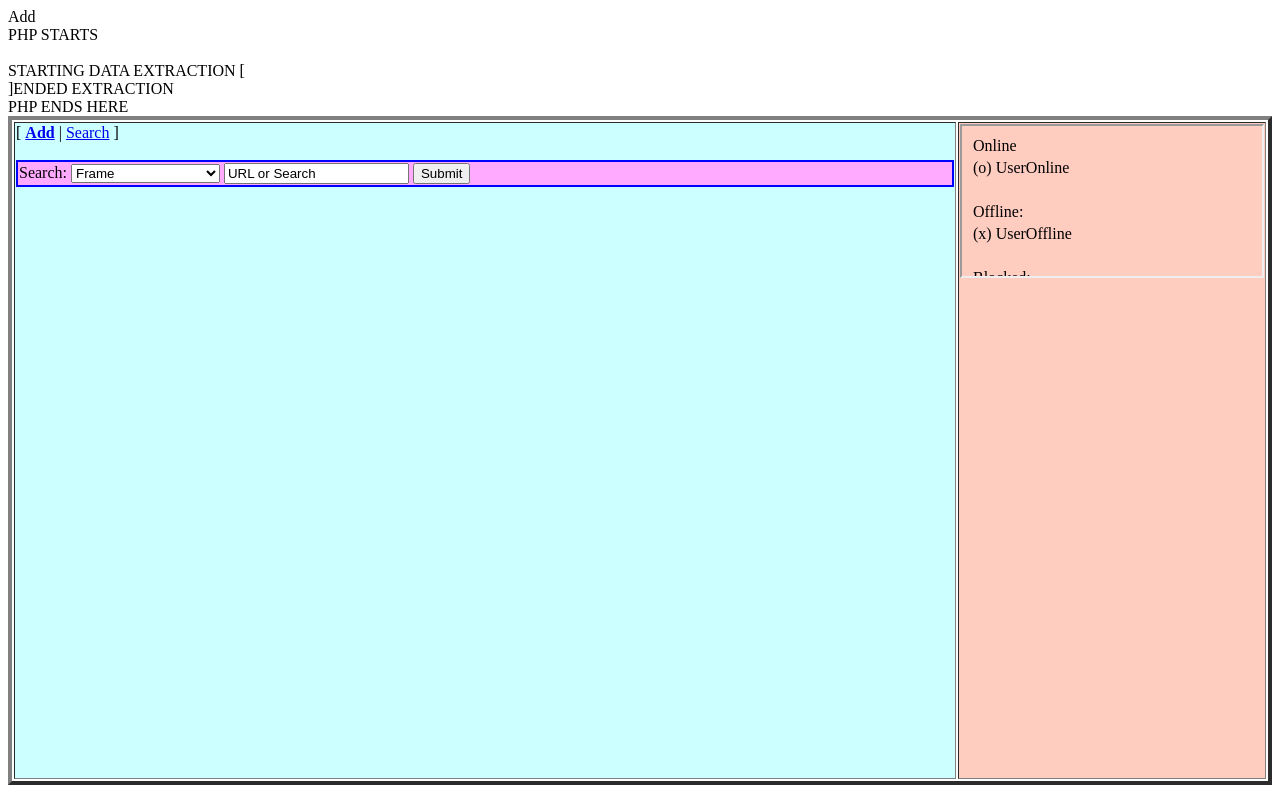
Repository: nevinleiby/SwapRC
Page: http://localhost/add_interface.php
The author's editor kept a copy of each file at every save. The page is drawn from the files as they stood at one save, then again after the next save.
The browser window is 1280 px wide. The pictures show the whole page.
The page is run by PHP 8.4 with error messages shown; the project is at /var/www/html/. Queries for data that is not in the repository find no rows.

Above is the page before, as saved 2019-09-09 01:46:13.

After the next save:
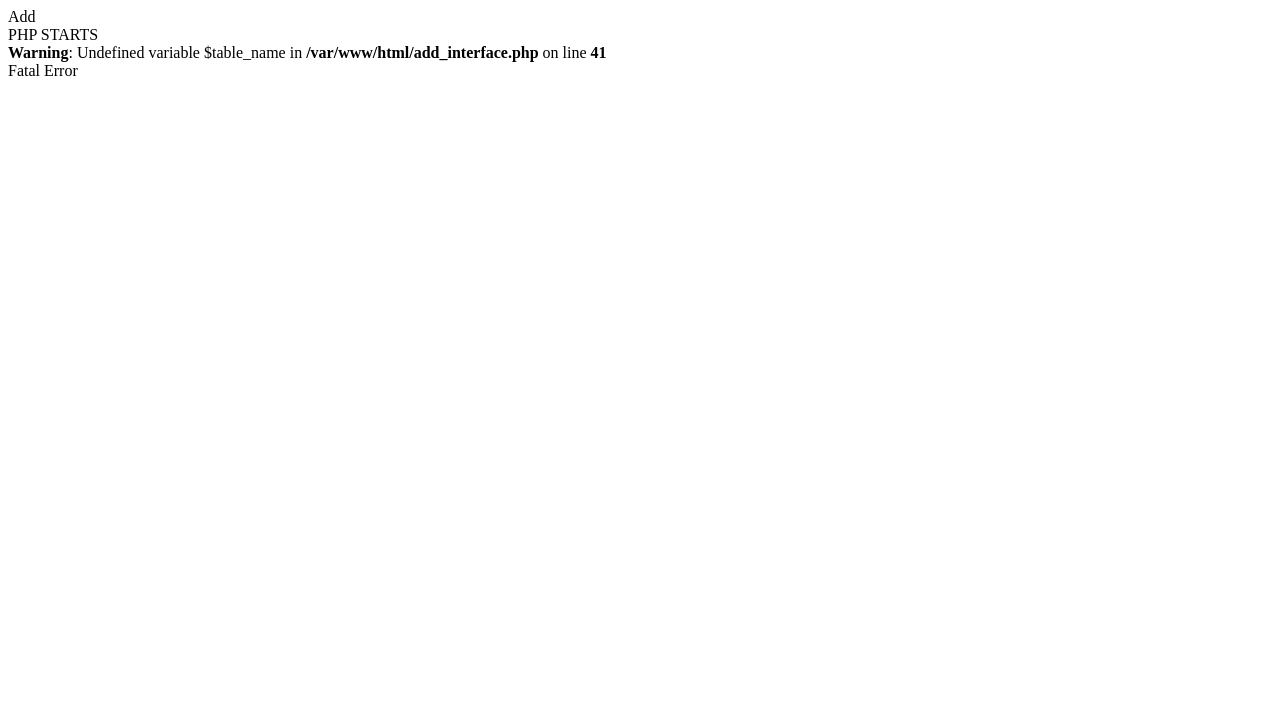
Saved 6 min 9 s later.
--- a/add_interface.php
+++ b/add_interface.php
@@ -11,8 +11,32 @@
                 $connection = new mysqli($hn, $un, $pw, $db);
                 if ($connection->connect_error) die ("Fatal Error");
 
+
                 // Select the table
-                $table_name = 'Receiver';
+                if (isset($_POST['FC']))
+                {
+                    $table_name = 'FC';
+                }
+                elseif (isset($_POST['Goggle']))
+                {
+                    $table_name = 'Goggle';
+                }
+                elseif (isset($_POST['Transmitter']))
+                {
+                    $table_name = 'Transmitter';
+                }
+                elseif (isset($_POST['Generic']))
+                {
+                    $table_name = 'Generic';
+                }
+                elseif (isset($_POST['Receiver']))
+                {
+                    $table_name = 'Receiver';
+                }
+                elseif (isset($_POST['VTX']))
+                {
+                    $table_name = 'VTX';
+                }
 
                 $query = "SELECT * FROM $table_name";
                 $result = $connection->query($query);

After the save that followed:
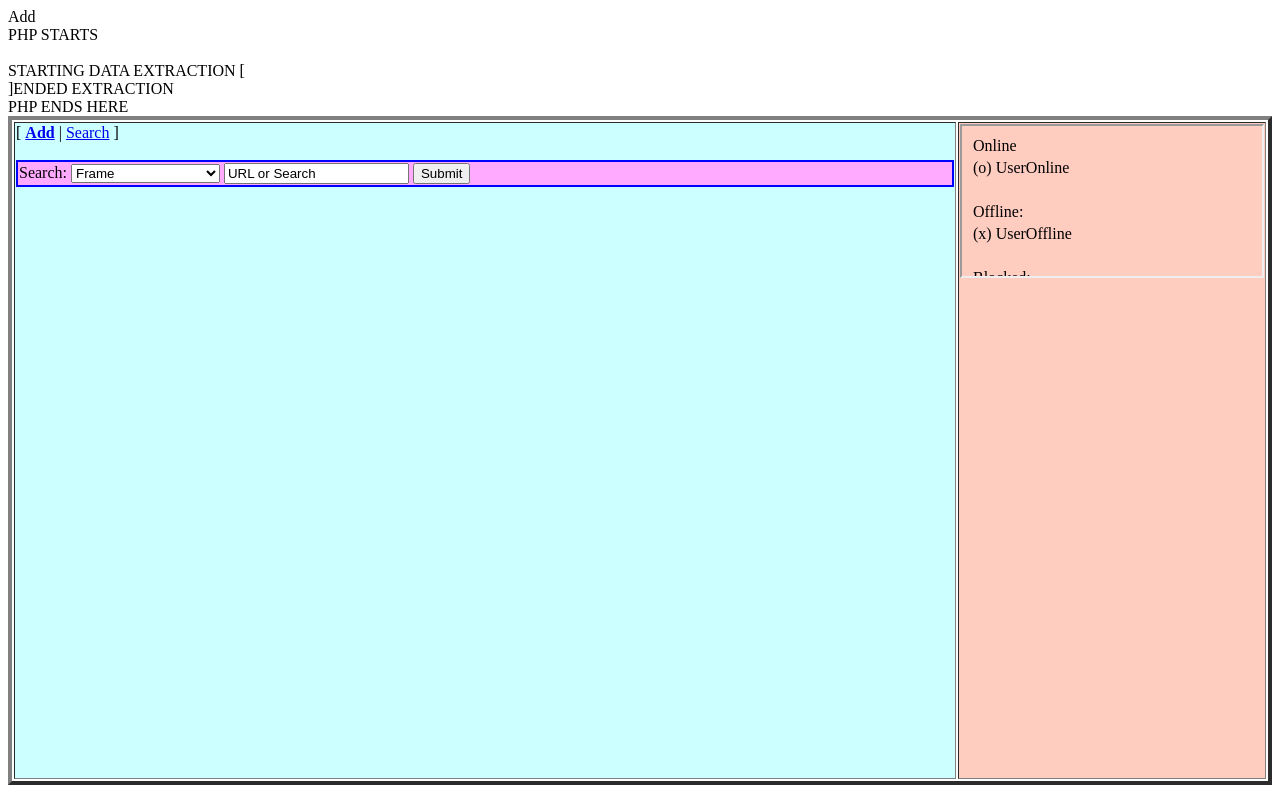
Saved 89 s later.
--- a/add_interface.php
+++ b/add_interface.php
@@ -37,6 +37,8 @@
                 {
                     $table_name = 'VTX';
                 }
+
+                $table_name = 'Receiver';
 
                 $query = "SELECT * FROM $table_name";
                 $result = $connection->query($query);
